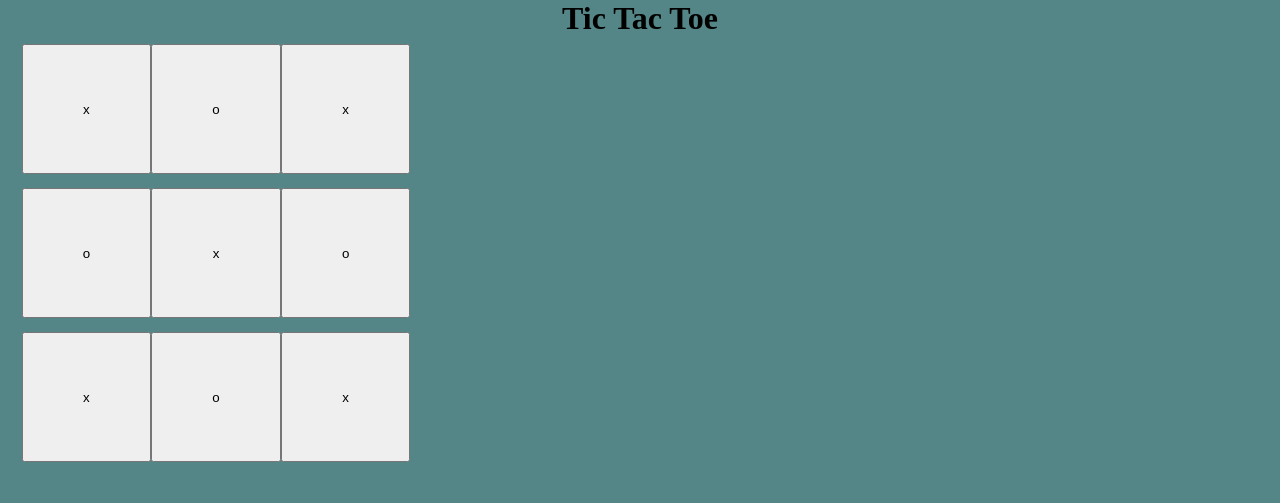
Repository: Mohitkumar1322/FrontendPracticee
Page: TicTacToeProject/index.html
The author's editor kept a copy of each file at every save. The page is drawn from the files as they stood at one save, then again after the next save.
The browser window is 1280 px wide. The pictures show the whole page.

Above is the page before, as saved 2025-07-21 18:47:27.

After the next save:
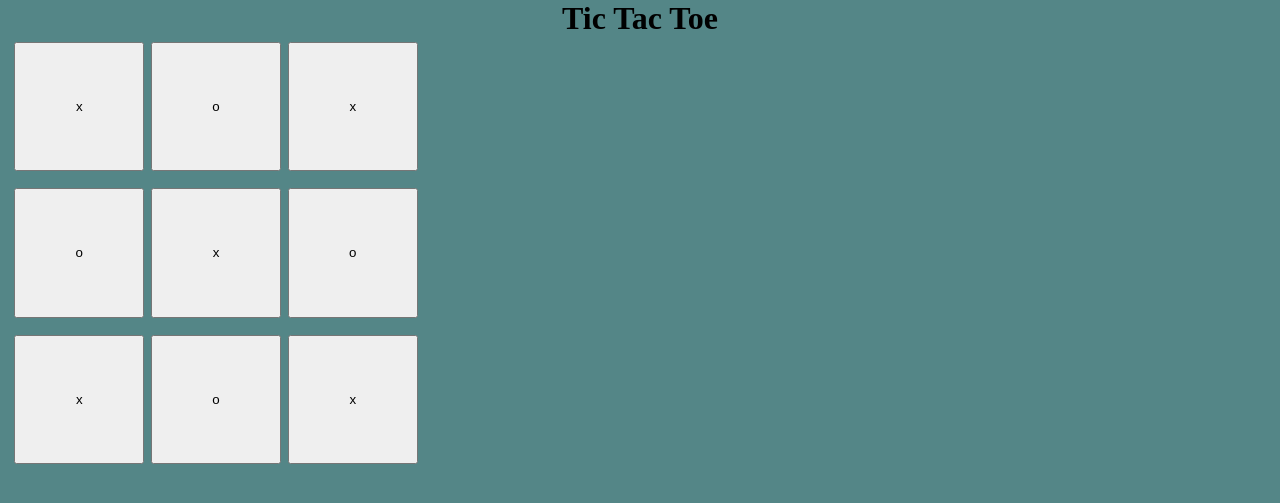
Saved 16 s later.
--- a/TicTacToeProject/style.css
+++ b/TicTacToeProject/style.css
@@ -23,6 +23,7 @@
      */
      justify-content: center;
     align-items: center;
+    gap: 1vmin;
 
 }
 
